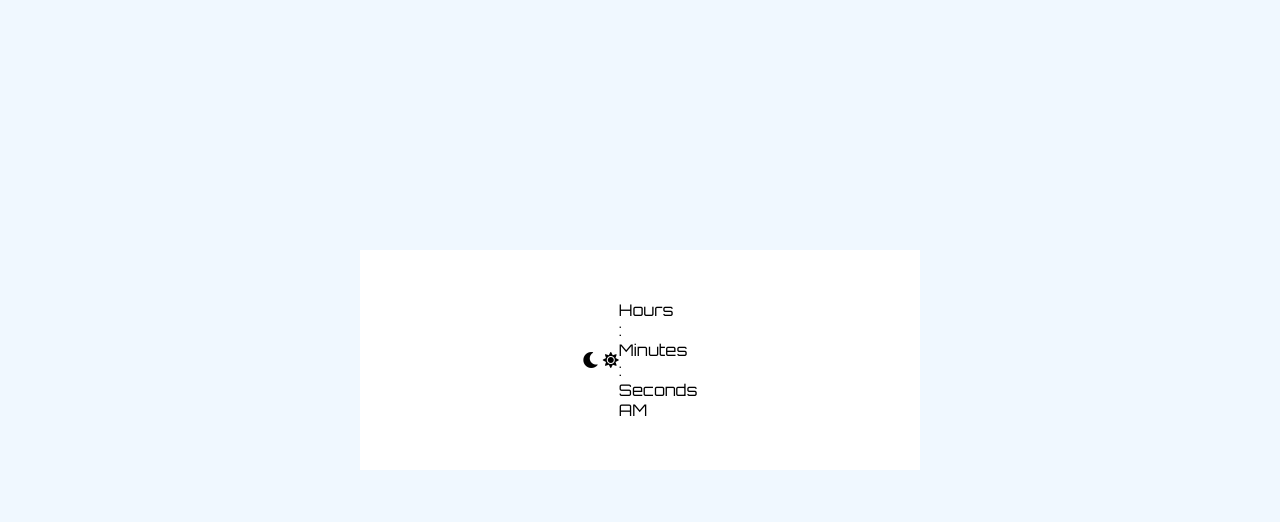
Repository: Seva2705/Clock
Page: index.html
These files come from the project's save history. The page is drawn as it stood at one moment and after the next save; the edit follows.
The browser window is 1280 px wide. The pictures show the whole page.

Above is the page before, as saved 2023-08-06 19:31:02.

After the next save:
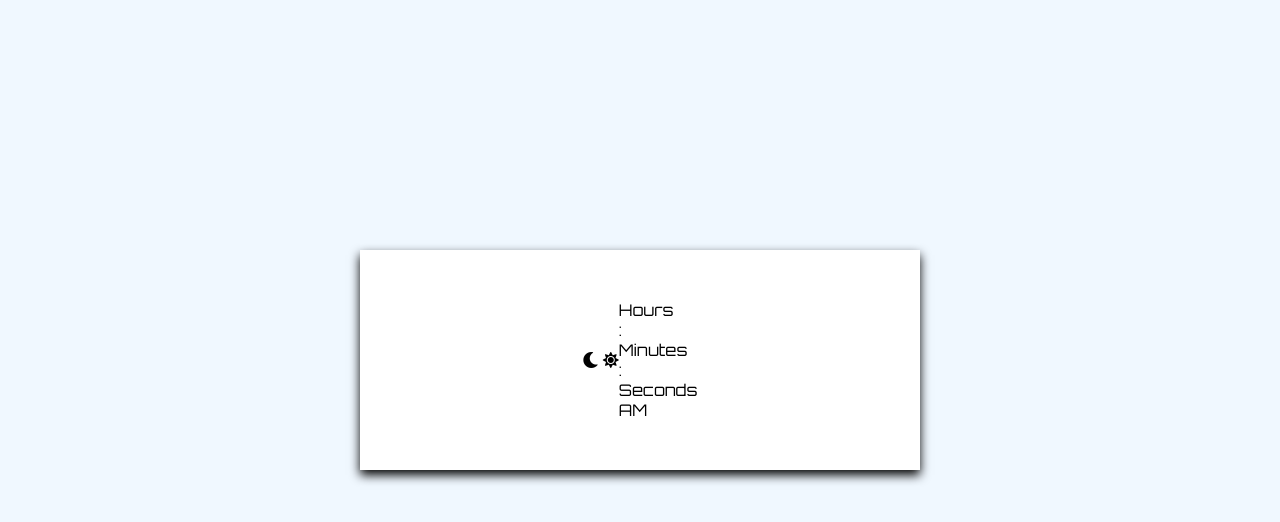
Saved 6 s later.
--- a/style.css
+++ b/style.css
@@ -31,5 +31,5 @@
     max-width: 560px;
     width: 100%;
     background: #fff;
-    box-shadow: ;
+    box-shadow: 0 5px 10px ;
 }

After the 2 saves that followed:
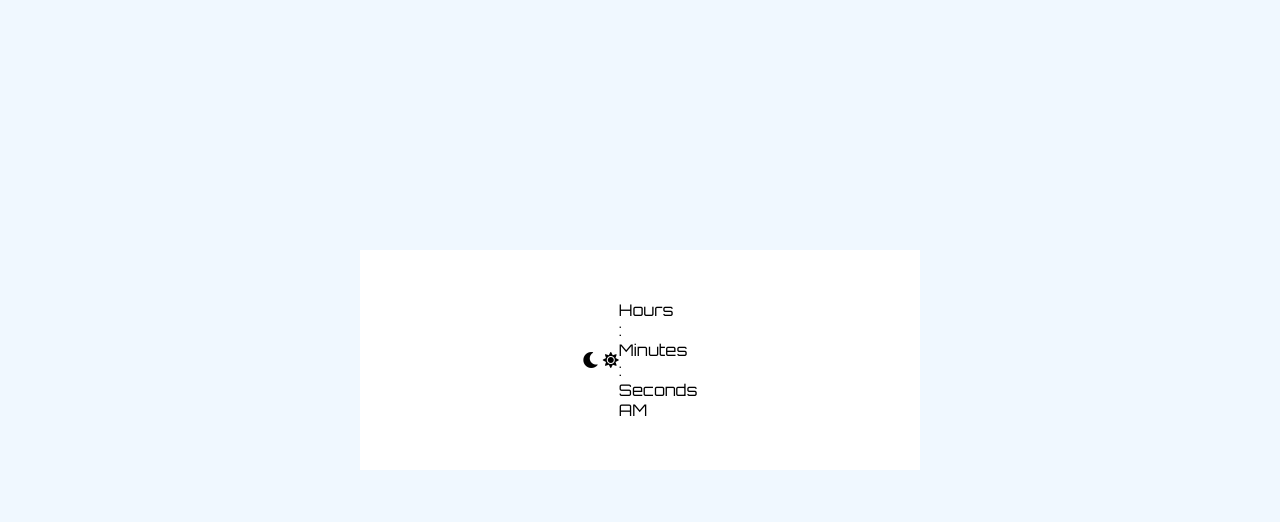
The 2 saves are shown as one change because they came seconds apart.
The last was saved 5 s later.
--- a/style.css
+++ b/style.css
@@ -31,5 +31,5 @@
     max-width: 560px;
     width: 100%;
     background: #fff;
-    box-shadow: 0 5px 10px ;
+    box-shadow: 0 5px 10px rgba(0, green, blue, alpha);
 }
